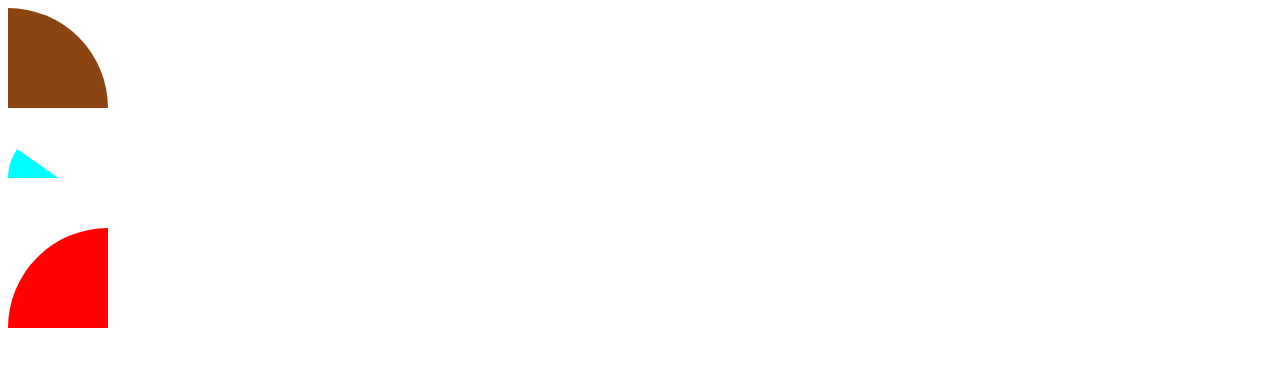
Repository: MMXiaohang/frontend-interview-coding
Page: 56.扇形.html
These files come from the project's save history. The page is drawn as it stood at one moment and after the next save; the edit follows.
The browser window is 1280 px wide. The pictures show the whole page.

Above is the page before, as saved 2022-08-14 10:29:38.

### 56.扇形.html
<!DOCTYPE html>
<html lang="en">
<head>
    <meta charset="UTF-8">
    <meta http-equiv="X-UA-Compatible" content="IE=edge">
    <meta name="viewport" content="width=device-width, initial-scale=1.0">
    <title>扇形</title>
    <style>
        #div{
            width: 100px;
            height: 100px;
            position: relative;
            background: transparent;
            overflow: hidden;
            /* transform: rotate(-45deg); */
        }

        #circle{
            position: absolute;
            right: 0;
            top: 0;
            width: 200px;
            height: 200px;
            border-radius: 50%;
            background-color: saddlebrown;
            overflow: hidden;
        }

        /* #d1{
            transform: skewX(145deg);
            transform-origin: 0 100%;
            position: absolute;
            right: 0;
            top: 0;
            background-color: skyblue;
            width: 100px;
            height: 100px;
        } */

        .container{
            width: 100px;
            height: 100px;
            margin-top: 20px;
            background-color: transparent;
        }

        .c1{
            width: 100px;
            height: 50px;
            background-color: aqua;
            border-radius: 50px 50px 0 0;
        }

        .c2{
            width: 101px;
            height: 51px;
            background-color: white;
            border-radius: 0 0 50px 50px;
            transform: rotate(-145deg);
            transform-origin: center top;
        }

        .semicircle{
            width: 0;
            height: 0;
            border: 100px solid red;
            border-radius: 50%;
            border-color: transparent transparent transparent red;
            transform: rotateZ(45deg);
            margin-bottom: 100px;
        }
    </style>
</head>
<body>
    <div id="div">
        <div id="circle">
            <div id="d1"></div>
        </div>
    </div>


    <div class="container">
        <div class="c1"></div>
        <div class="c2"></div>
    </div>

    <div class="semicircle"></div>
</body>
</html>

After the next save:
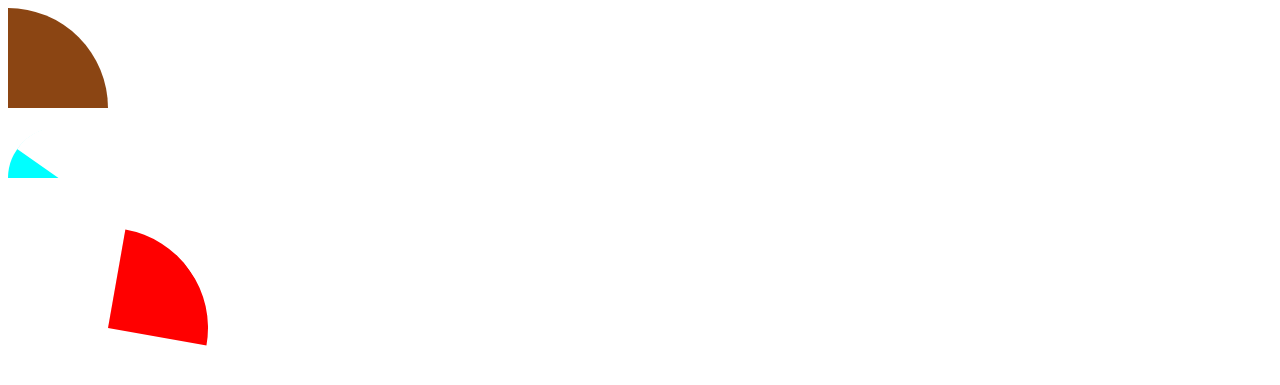
Saved 23 s later.
--- a/56.扇形.html
+++ b/56.扇形.html
@@ -66,7 +66,7 @@
             border: 100px solid red;
             border-radius: 50%;
             border-color: transparent transparent transparent red;
-            transform: rotateZ(45deg);
+            transform: rotateZ(145deg);
             margin-bottom: 100px;
         }
     </style>
